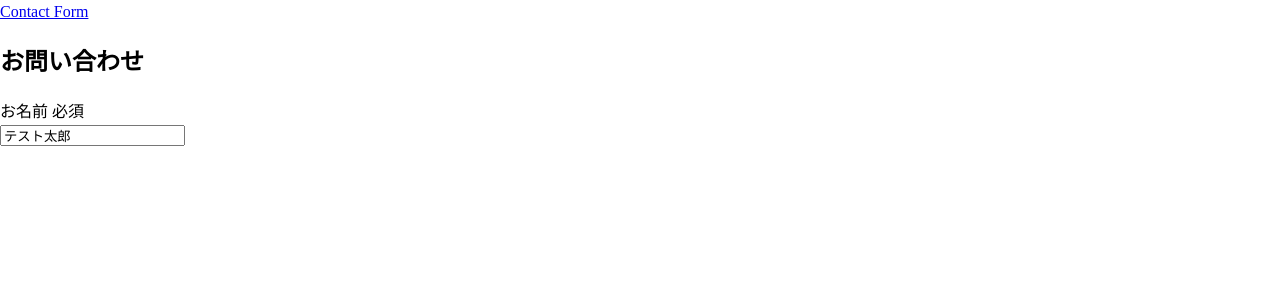
Repository: mayu-ya/my-contact-form
Page: http://localhost/
An editor plug-in stored every save of this project. The page is shown before and after the next save, followed by the edit.
The browser window is 1280 px wide. The pictures show the whole page.
The page is served by the project's Laravel application, run on PHP 8.4 with Laravel 8.

Above is the page before, as saved 2025-12-26 00:26:34.

After the next save:
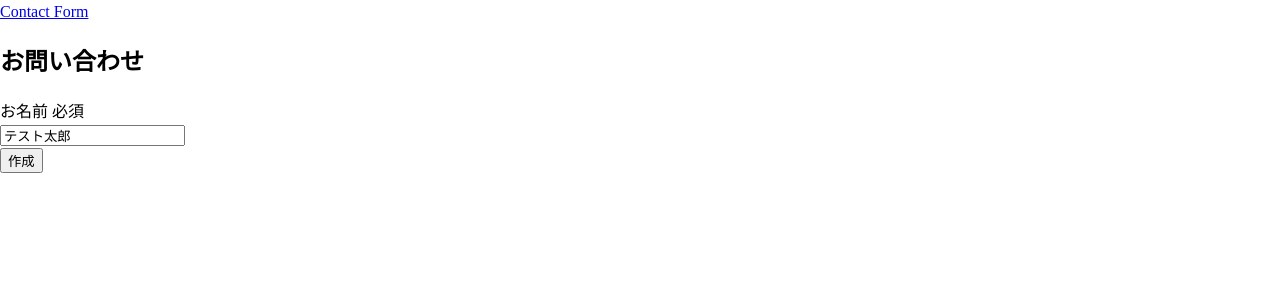
Saved 99 s later.
--- a/src/resources/views/index.blade.php
+++ b/src/resources/views/index.blade.php
@@ -22,7 +22,7 @@
         </div>
 
         <div class="form-button">
-            <button class="form-button_create>作成</button>
+            <button class="form-button_create">作成</button>
         </div>
     </form>
 </div>
